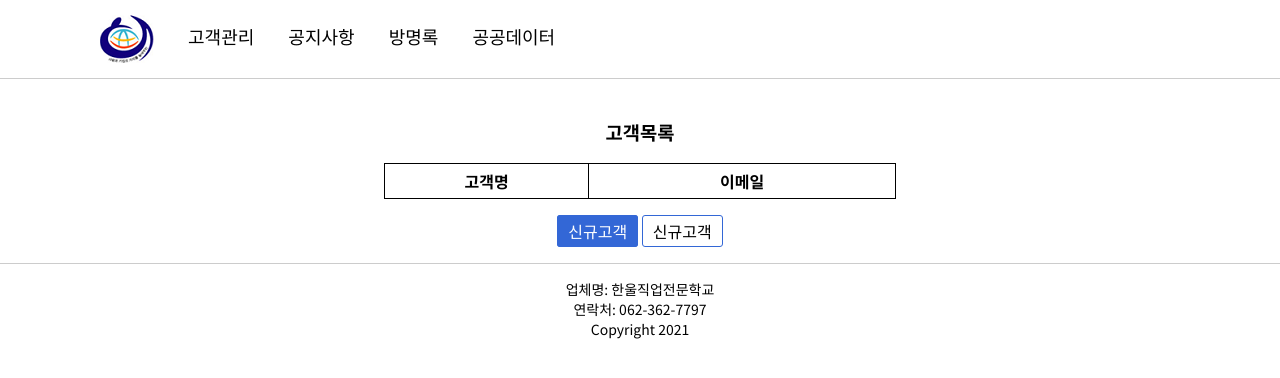
Repository: JSY93/spring-web
Page: http://localhost/iot/WEB-INF/views/customer/list.jsp
These files come from the project's save history. The page is drawn as it stood at one moment and after the next save; the edit follows.
The browser window is 1280 px wide. The pictures show the whole page.
The page is served by Tomcat 9. Nobody is signed in. The template is opened directly, without the code that normally fills it, so the values that code supplies are empty.

Above is the page before, as saved 2021-01-12 05:16:04.

After the next save:
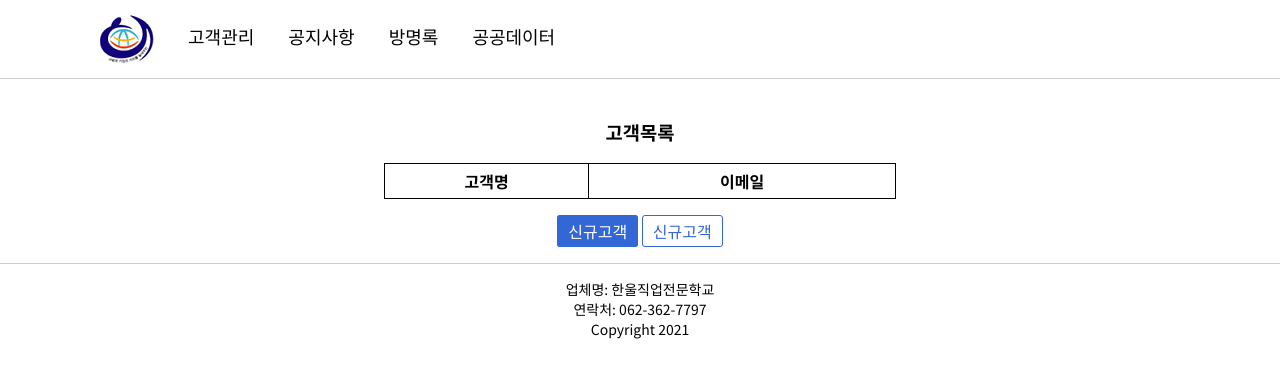
Saved 34 s later.
--- a/Study_Spring/iot/src/main/webapp/resources/css/common.css
+++ b/Study_Spring/iot/src/main/webapp/resources/css/common.css
@@ -34,6 +34,7 @@ a.btn-fill {
 }
 a.btn-empty {
 	background-color: #fff;
+	color: #3367d6;
 }
 
 
